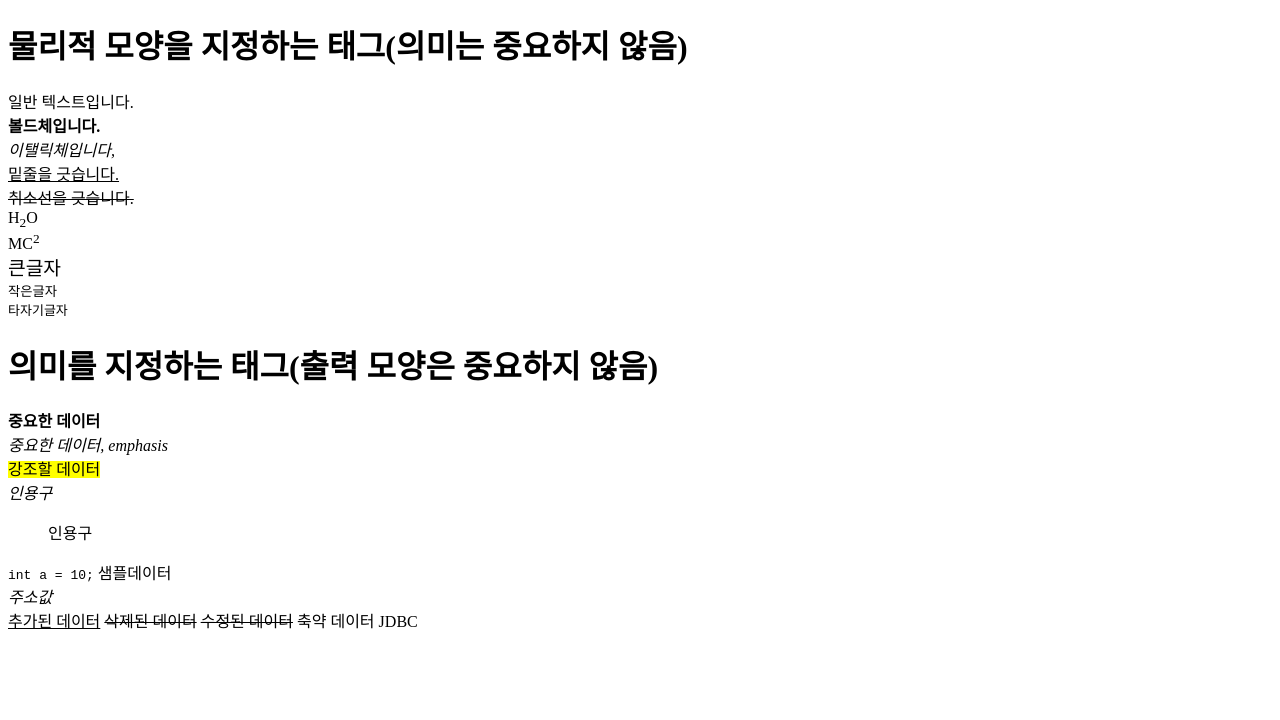
Repository: ssj5037/Class-Study
Page: [5] HTML, CSS, JavaScript/ClientTest/WebContent/Ex09_style.html
The author's editor kept a copy of each file at every save. The page is drawn from the files as they stood at one save, then again after the next save.
The browser window is 1280 px wide. The pictures show the whole page.

Above is the page before, as saved 2020-06-19 01:15:39.

After the next save:
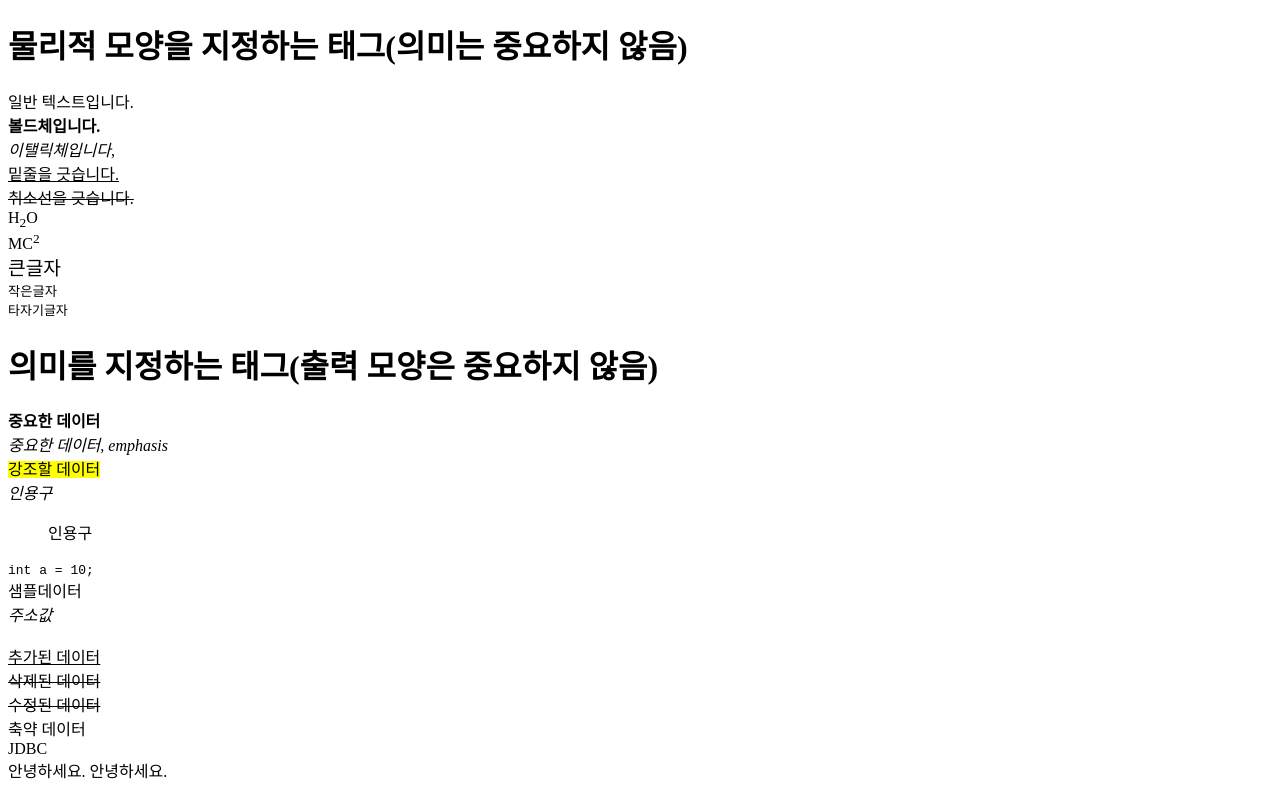
Saved 32 s later.
--- a/[5] HTML, CSS, JavaScript/ClientTest/WebContent/Ex09_style.html
+++ b/[5] HTML, CSS, JavaScript/ClientTest/WebContent/Ex09_style.html
@@ -29,14 +29,17 @@
 	<mark>강조할 데이터</mark><br>
 	<cite>인용구</cite><br>	<!-- 단일 라인 -->
 	<blockquote>인용구</blockquote> <!-- 다중 라인 -->
-	<code>int a = 10;</code>
-	<smap>샘플데이터</smap>
-	<address>주소값</address>
-	<ins>추가된 데이터</ins>
-	<del>삭제된 데이터</del>
-	<s>수정된 데이터</s>
-	<abbr>축약 데이터</abbr>
-	<abbr>JDBC</abbr>
+	<code>int a = 10;</code><br>
+	<smap>샘플데이터</smap><br>
+	<address>주소값</address><br>
+	<ins>추가된 데이터</ins><br>
+	<del>삭제된 데이터</del><br>
+	<s>수정된 데이터</s><br>
+	<abbr>축약 데이터</abbr><br>
+	<abbr>JDBC</abbr><br>
+
+	<bdo>안녕하세요.</bdo>
+	<bdo>안녕하세요.</bdo>
 
 </body>
 </html>
